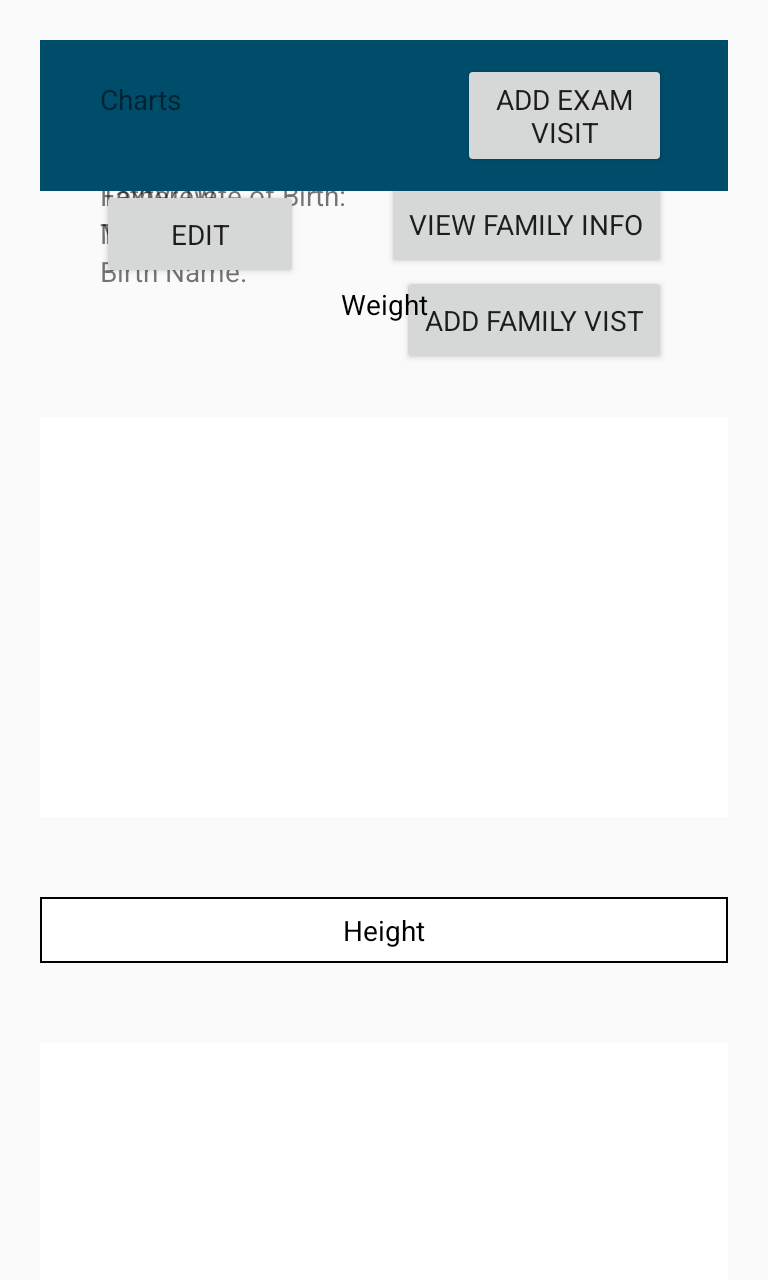
Repository: achavez812/GuatemalaProject2
Layout: GuateMedic-master/GuateMedic/res/layout/activity_view_family.xml
The author's editor kept a copy of each file at every save. The layout is drawn from the files as they stood at one save, then again after the next save.
It is drawn on a 768 x 1280 px phone screen (xhdpi) without system bars, with theme AppTheme; the app's code is not run. Lists and similar views that code fills are empty.

Above is the layout before, as saved 2014-06-30 20:35:29.

After the next save:
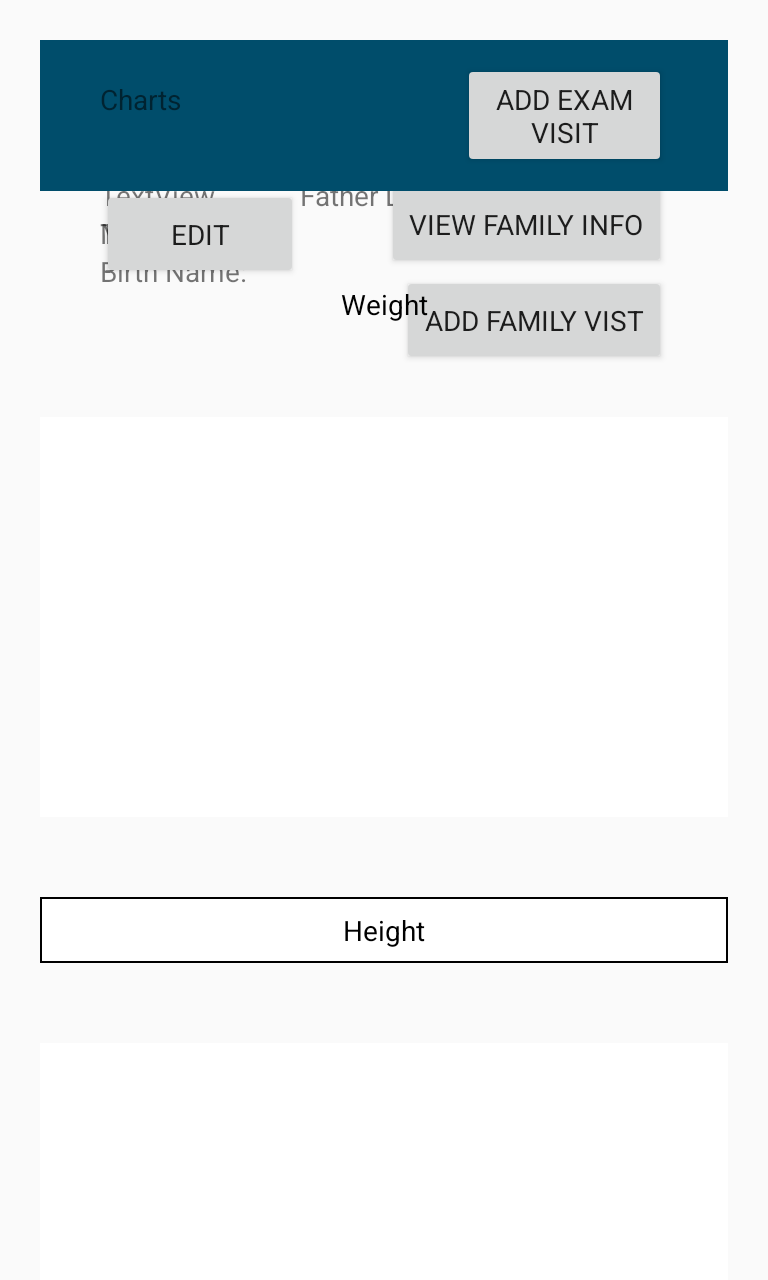
Saved 20 s later.
--- a/GuateMedic-master/GuateMedic/res/layout/activity_view_family.xml
+++ b/GuateMedic-master/GuateMedic/res/layout/activity_view_family.xml
@@ -30,7 +30,7 @@
         	android:id="@+id/view_family_name"
         	android:layout_width="wrap_content"
         	android:layout_height="wrap_content"
-        	android:layout_toRightOf="edit_family_detail"
+        	android:layout_toRightOf="@+id/edit_family_detail"
         	android:layout_alignParentTop="true"
         	android:text="TextView" />
 
